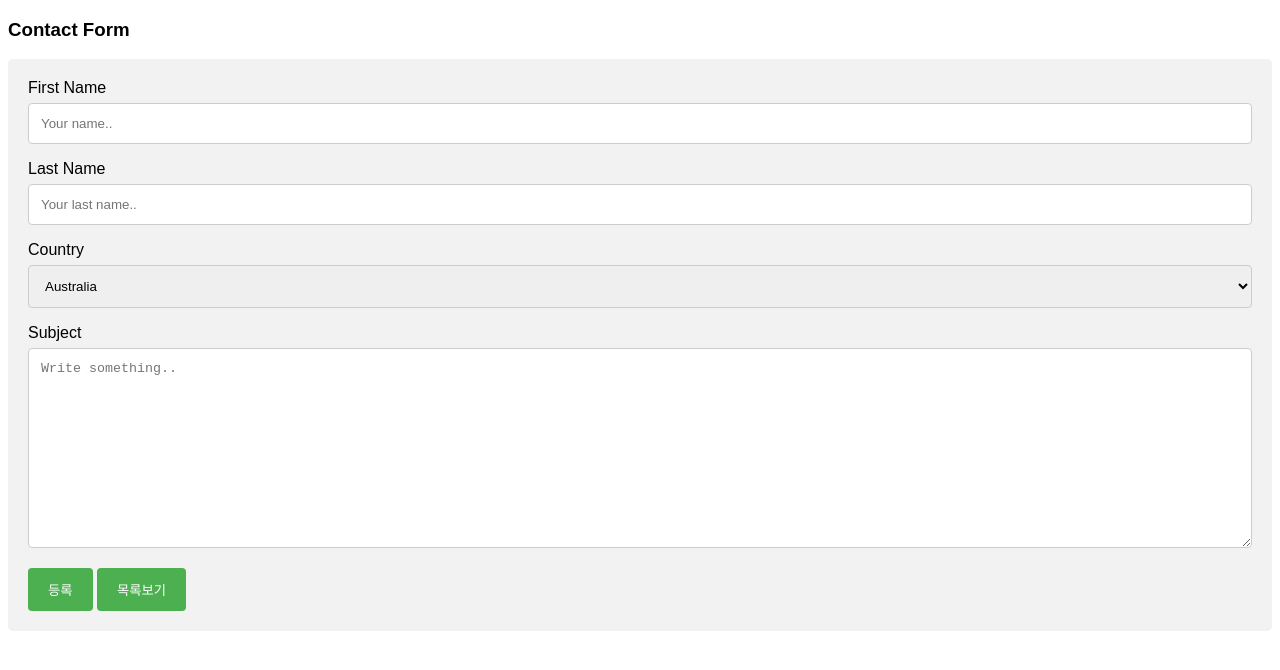
Repository: SyngyeonTak/javaee_workspace
Page: http://localhost/MySite/board/regist_form.jsp
The author's editor kept a copy of each file at every save. The page is drawn from the files as they stood at one save, then again after the next save.
The browser window is 1280 px wide. The pictures show the whole page.
The page is served by Tomcat 9. Other server files are loaded and not shown.

Above is the page before, as saved 2020-12-11 01:31:59.

### MySite/WebContent/board/regist_form.jsp
<%@ page contentType="text/html;charset=utf-8"%>
<!DOCTYPE html>
<html>
<head>
<meta name="viewport" content="width=device-width, initial-scale=1">
<style>
body {font-family: Arial, Helvetica, sans-serif;}
* {box-sizing: border-box;}

input[type=text], select, textarea {
  width: 100%;
  padding: 12px;
  border: 1px solid #ccc;
  border-radius: 4px;
  box-sizing: border-box;
  margin-top: 6px;
  margin-bottom: 16px;
  resize: vertical;
}

input[type=button] {
  background-color: #4CAF50;
  color: white;
  padding: 12px 20px;
  border: none;
  border-radius: 4px;
  cursor: pointer;
}

input[type=button]:hover {
  background-color: #45a049;
}

.container {
  border-radius: 5px;
  background-color: #f2f2f2;
  padding: 20px;
}
</style>
</head>
<body>

<h3>Contact Form</h3>

<div class="container">
  <form action="/action_page.php">
    <label for="fname">First Name</label>
    <input type="text" id="fname" name="firstname" placeholder="Your name..">

    <label for="lname">Last Name</label>
    <input type="text" id="lname" name="lastname" placeholder="Your last name..">

    <label for="country">Country</label>
    <select id="country" name="country">
      <option value="australia">Australia</option>
      <option value="canada">Canada</option>
      <option value="usa">USA</option>
    </select>

    <label for="subject">Subject</label>
    <textarea id="subject" name="subject" placeholder="Write something.." style="height:200px"></textarea>

    <input type="button" value="등록">
    <input type="button" value="목록보기" onClick = "location.href = 'list.jsp'">
  </form>
</div>

</body>
</html>

After the next save:
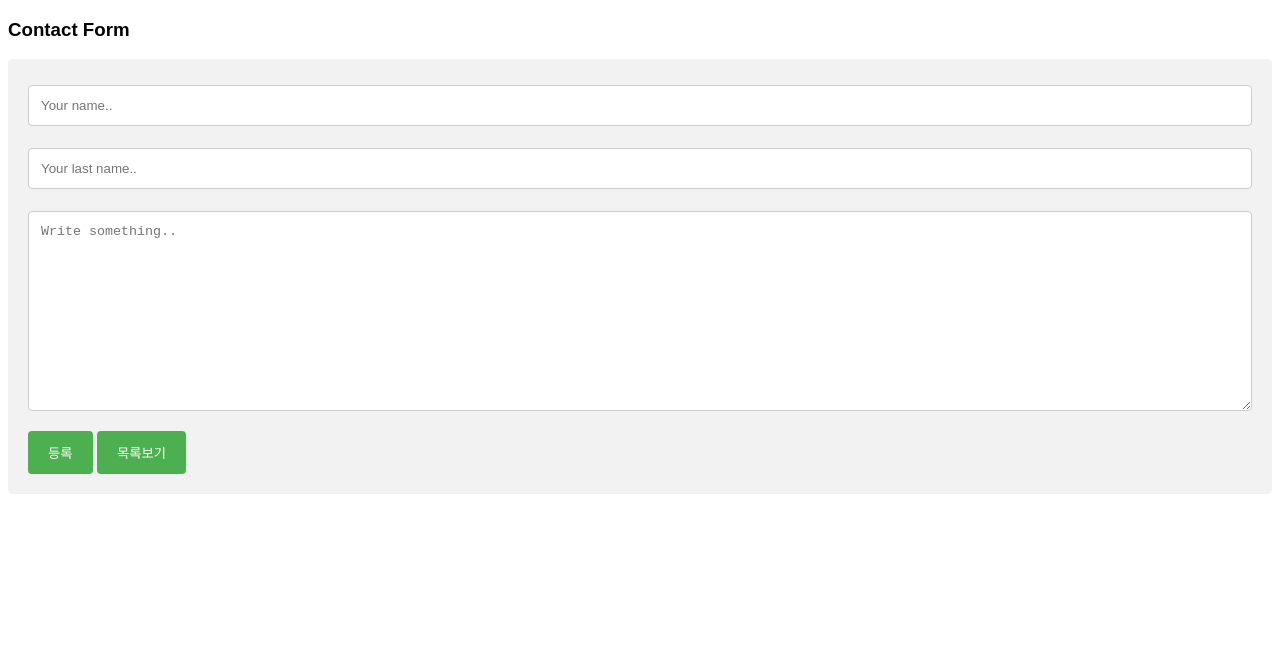
Saved 39 min 14 s later.
--- a/MySite/WebContent/board/regist_form.jsp
+++ b/MySite/WebContent/board/regist_form.jsp
@@ -44,20 +44,10 @@ input[type=button]:hover {
 
 <div class="container">
   <form action="/action_page.php">
-    <label for="fname">First Name</label>
     <input type="text" id="fname" name="firstname" placeholder="Your name..">
 
-    <label for="lname">Last Name</label>
     <input type="text" id="lname" name="lastname" placeholder="Your last name..">
 
-    <label for="country">Country</label>
-    <select id="country" name="country">
-      <option value="australia">Australia</option>
-      <option value="canada">Canada</option>
-      <option value="usa">USA</option>
-    </select>
-
-    <label for="subject">Subject</label>
     <textarea id="subject" name="subject" placeholder="Write something.." style="height:200px"></textarea>
 
     <input type="button" value="등록">
